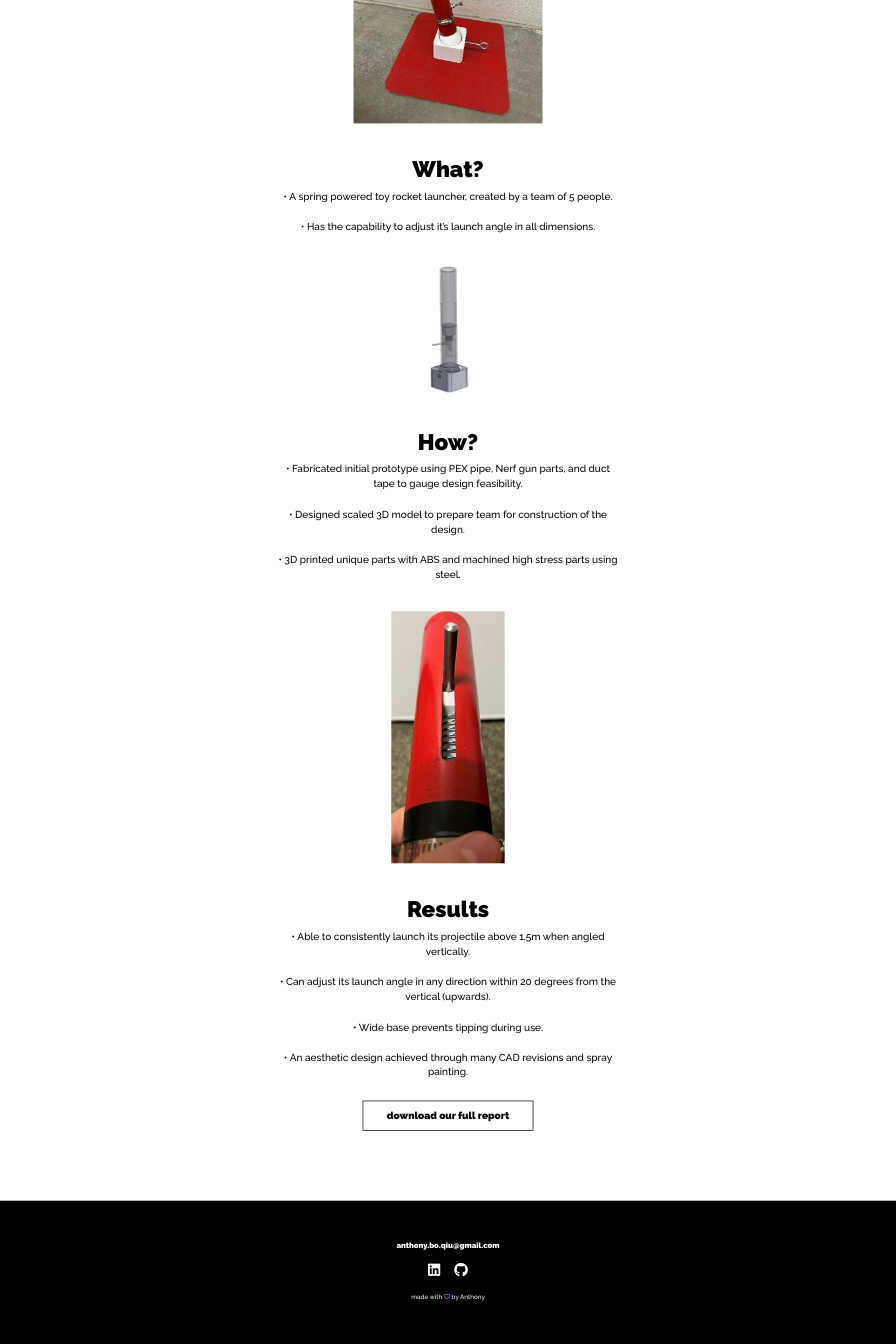
Repository: 7UM1N/anthonyq.github.io
Page: launcho.html
An editor plug-in stored every save of this project. The page is shown before and after the next save, followed by the edit.
The browser window is 1280 px wide. The pictures show the part of the page from y = 1035 to 2955 px (the page is 2955 px tall before and 2826 px after), at 70% of full size.

Above is the page before, as saved 2023-02-28 12:44:00.

After the next save:
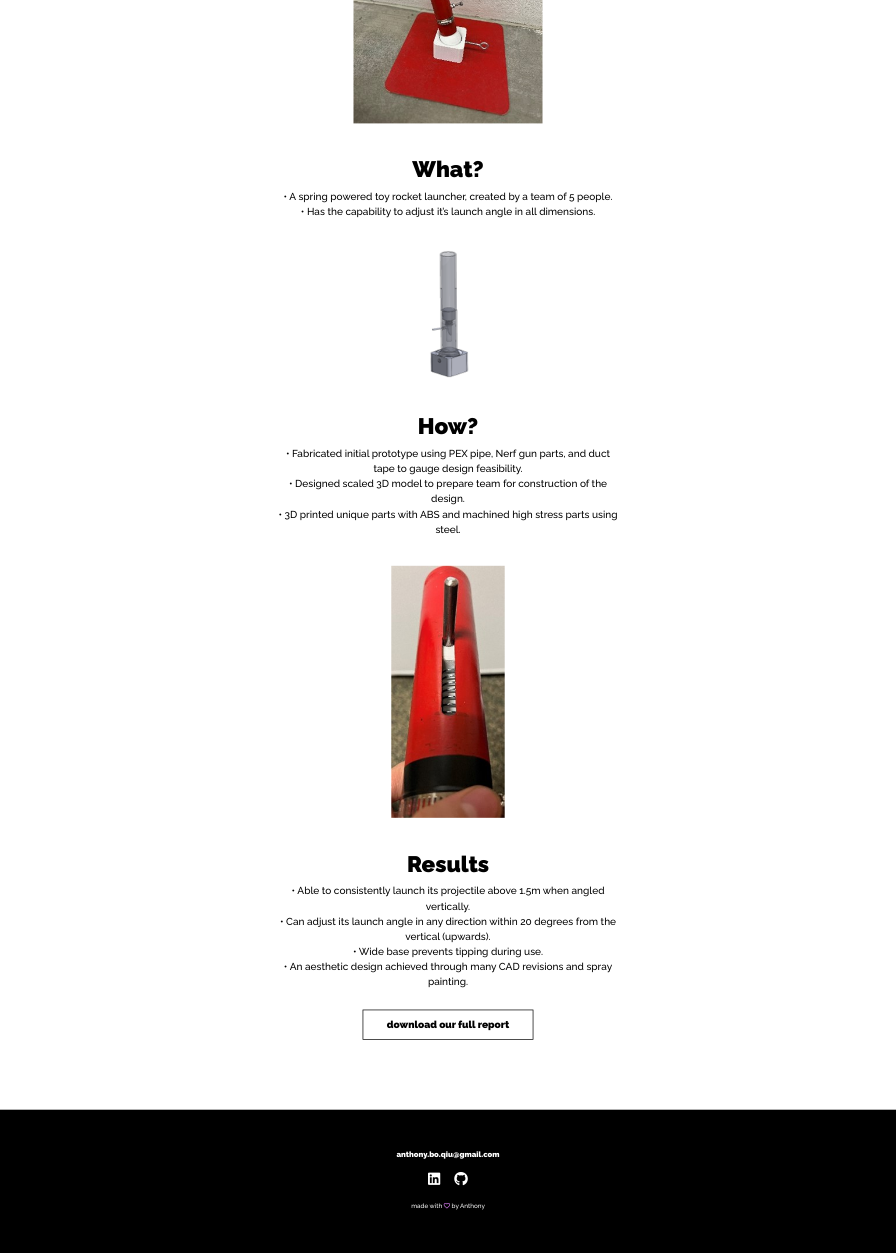
Saved 1 s later.
--- a/launcho.html
+++ b/launcho.html
@@ -54,24 +54,24 @@
             <img src="img/launcho/what.jpg">
             <h2>What?</h2>
             <p>
-                •	A spring powered toy rocket launcher, created by a team of 5 people.<br><br>
+                •	A spring powered toy rocket launcher, created by a team of 5 people.<br>
                 •	Has the capability to adjust it’s launch angle in all dimensions.
             </p>
 
             <img src="img/launcho/how.png">
             <h2>How?</h2>
             <p>
-                •	Fabricated initial prototype using PEX pipe, Nerf gun parts, and duct tape to gauge design feasibility.<br><br>
-                •	Designed scaled 3D model to prepare team for construction of the design.<br><br>
+                •	Fabricated initial prototype using PEX pipe, Nerf gun parts, and duct tape to gauge design feasibility.<br>
+                •	Designed scaled 3D model to prepare team for construction of the design.<br>
                 •	3D printed unique parts with ABS and machined high stress parts using steel.
             </p>
 
             <img src="img/launcho/results.jpg">
             <h2>Results</h2>
             <p>
-                •	Able to consistently launch its projectile above 1.5m when angled vertically.<br><br>
-                •	Can adjust its launch angle in any direction within 20 degrees from the vertical (upwards).<br><br>
-                •	Wide base prevents tipping during use.<br><br>
+                •	Able to consistently launch its projectile above 1.5m when angled vertically.<br>
+                •	Can adjust its launch angle in any direction within 20 degrees from the vertical (upwards).<br>
+                •	Wide base prevents tipping during use.<br>
                 •	An aesthetic design achieved through many CAD revisions and spray painting.
             </p>
             <a href="Toy_Design_Report_-_Launcho.pdf" download class="hero-btn inverse-btn"><strong>download our full report</strong></a>
